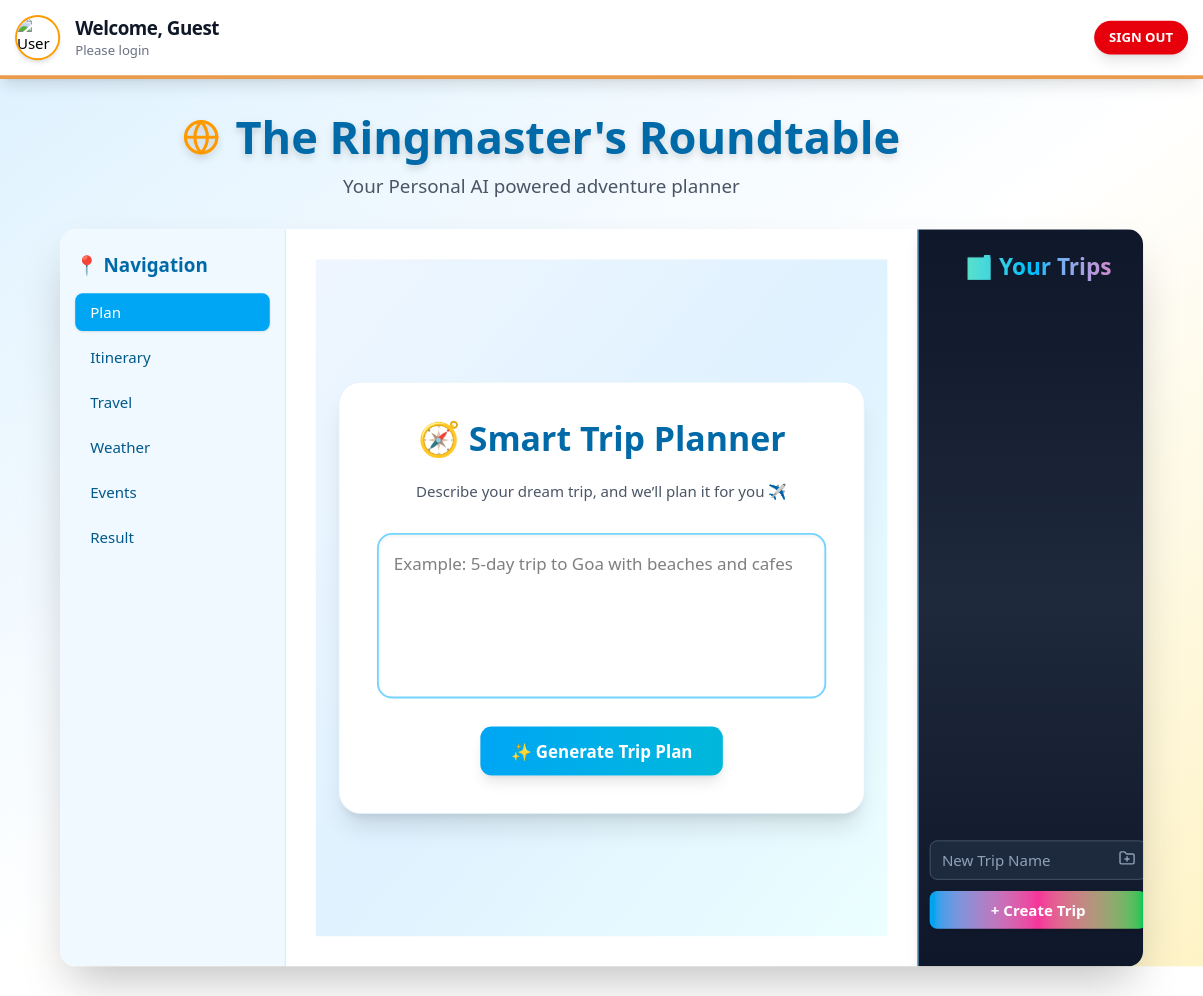
Repository: vega2006/The-Ringmaster-s-Roundtable
Page: /prompt (app in client/)
The author's editor kept a copy of each file at every save. The page is drawn from the files as they stood at one save, then again after the next save.
The browser window is 1280 px wide. The pictures show the whole page, at 94% of full size.
The page's requests for data from a server got no answer. The project was rebuilt for these pictures with package versions that can differ from the ones it lists, and the page was loaded fresh each time. No one was signed in, and anything a server would have sent is missing. Also part of the build but not shown: client/vite.config.js, client/src/components/GoogleLogin.jsx, client/src/components/NotFound.jsx, client/src/components/Sidebar.jsx, client/src/components/PlanInput.jsx, client/src/components/WeatherContent.jsx, client/src/components/TravelContent.jsx, client/src/components/ItineraryContent.jsx and 8 more.

Above is the page before, as saved 2025-10-10 19:21:43.

### client/src/App.jsx


import { GoogleOAuthProvider } from "@react-oauth/google";
import GoogleLogin from "./components/GoogleLogin";
import { BrowserRouter, Route, Routes, Navigate } from 'react-router-dom';
import { useState } from 'react';
import RefreshHandler from './components/RefreshHandler';
import NotFound from './components/NotFound';
import Dashboard from "./pages/Dashboard";
import Home from "./pages/Home";
import AIDashboard from "./pages/AIDashboard";
export default function App() {
  const [isAuthenticated, setIsAuthenticated] = useState(false);

  const GoogleWrapper = () => (
    <GoogleOAuthProvider clientId="1054190178825-cc3eg87b9uvh9hfn384ge5sqe5hq9l5v.apps.googleusercontent.com">
      <GoogleLogin />
    </GoogleOAuthProvider>
  );

  const PrivateRoute = ({ element }) => {
    return isAuthenticated ? element : element;
  };

  return (
    <BrowserRouter>
      <RefreshHandler setIsAuthenticated={setIsAuthenticated} />
      <Routes>
        {/* Public route for the Home page, where users can sign in */}
        <Route path="/" element={<Home isAuthenticated={isAuthenticated} />} />

        {/* This is the login page. Redirect to home after login. */}
        <Route path="/login" element={<GoogleWrapper />} />

        {/* This is the protected dashboard route */}
        <Route path='/dashboard' element={<PrivateRoute element={<Dashboard />} />} />
         <Route path='/prompt' element={<PrivateRoute element={<AIDashboard />} />} />

        {/* Catch-all route for invalid URLs */}
        <Route path="*" element={<NotFound />} />
      </Routes>
    </BrowserRouter>
  );
}

### client/src/components/RefreshHandler.jsx
import React, { useEffect } from 'react';
import { useLocation, useNavigate } from 'react-router-dom';

function RefrshHandler({ setIsAuthenticated }) {
    const location = useLocation();
    const navigate = useNavigate();

    useEffect(() => {
        const data = localStorage.getItem('user-info');
        const token = JSON.parse(data)?.token;
        if (token) {
            setIsAuthenticated(true);
            if (location.pathname === '/' ||
                location.pathname === '/login'
            ) {
                navigate('/dashboard', { replace: false });
            }
        }
    }, [location, navigate, setIsAuthenticated])

    return (
        null
    )
}

export default RefrshHandler

### client/src/pages/AIDashboard.jsx
import { TripProvider } from "../contexts/TripContext";
import AppHeader from "../components/AppHeader";
import PromptBasedSidebar from "../components/PromptBasedSideBar";
import MainContent from "../components/MainContent";
import AIContentRouter from "../components/AIContentRouter";
import React, { useEffect, useState } from 'react'
import { useNavigate } from 'react-router-dom';
import RightSidebar from "../components/TabBar";
const AIDashboard = () => {

  const [userInfo, setUserInfo] = useState(null);
  const navigate = useNavigate();

  useEffect(() => {
    const data = localStorage.getItem('user-info');
    const userData = JSON.parse(data);
    setUserInfo(userData);
  }, [])

  const handleLogout = () => {
    localStorage.removeItem('user-info');
    navigate('/login');
  }


  return (
    <div>
      <div className="sticky top-0 z-10 bg-white shadow-lg p-3 sm:p-4 border-b-4 border-amber-600/70">
        <div className="max-w-7xl mx-auto flex justify-between items-center">

          {/* User Info Display */}
          <div className="flex items-center space-x-4">
            <img
              className="w-12 h-12 rounded-full object-cover shadow-md border-2 border-amber-500"
              src={userInfo?.image}
              alt={userInfo?.name || 'User'}
              onError={(e) => { e.target.onerror = null; e.target.src = "https://placehold.co/40x40/FFC107/333?text=?" }}
            />
            <div className="hidden sm:block">
              <h1 className="text-xl font-bold text-gray-900 tracking-tight">Welcome, {userInfo?.name || 'Guest'}</h1>
              <h3 className="text-sm text-gray-500">{userInfo?.email || 'Please login'}</h3>
            </div>
            <div className="sm:hidden text-lg font-bold text-gray-900">
              {userInfo?.name ? `Hello, ${userInfo.name.split(' ')[0]}!` : 'Hello!'}
            </div>
          </div>

          {/* Logout Button (Stylized and positioned on the right) */}
          <button
            onClick={handleLogout}
            className="px-4 py-2 bg-red-600 text-white font-semibold rounded-full shadow-lg hover:bg-red-700
                                   transition duration-150 transform hover:scale-[1.02] active:scale-95
                                   focus:outline-none focus:ring-4 focus:ring-red-300 uppercase text-sm"
          >
            Sign Out
          </button>
        </div>
      </div>

      <TripProvider>

        <div className="min-h-screen bg-gradient-to-br from-sky-100 via-white to-amber-100 font-inter">
          <AppHeader />
          <div className="max-w-6xl mx-auto grid grid-cols-1 md:grid-cols-[240px_1fr_240px] bg-white shadow-2xl rounded-2xl overflow-hidden mt-4 mb-8">
            <PromptBasedSidebar />  {/* Left Sidebar */}

            <MainContent>
              <AIContentRouter />
            </MainContent>        {/* Main content */}

            <RightSidebar userId={userInfo?.id} /> {/* Right Sidebar */}
          </div>

        </div>
      </TripProvider>

    </div>
  )
}
export default AIDashboard

### client/src/api/api.jsx
import axios from "axios";

const API_BASE = `${import.meta.env.VITE_BACKEND_URL}/api`;


const api = axios.create({
    baseURL: "http://localhost:4000/auth/",
    // withCredentials: true,
});

export const googleAuth = (code) => api.get(`/google?code=${code}`);


export const getWeather = (city, travelDate) =>
  axios.get(`${API_BASE}/weather?city=${encodeURIComponent(city)}&travelDate=${encodeURIComponent(travelDate)}`);
;

export const getRoute = (origin, destination, travelDate) =>
  axios.get(`${API_BASE}/maps?origin=${encodeURIComponent(origin)}&destination=${encodeURIComponent(destination)}&travelDate=${encodeURIComponent(travelDate)}`);


export const getEvents = (destination, startTravelDate, endTravelDate) =>
  axios.get(`${API_BASE}/events`, {
    params: {
      city: destination,
      startDate: startTravelDate,
      endDate: endTravelDate,
    },
  });

export const getTripBudget = async (payload) => {
  // console.log(payload);
  return axios.post(`${API_BASE}/budget`, payload);
};


export const getItinerary = async (destination,startDate, endDate) => {
  return axios.post(`${API_BASE}/itinerary/generate`, {
      destination,
      startDate,
      endDate,
    });
};

### client/src/components/AppHeader.jsx
import React from 'react';
import { Globe } from 'lucide-react';

const AppHeader = () => (
    <div className="w-full max-w-6xl text-center pt-8 pb-4">
        <h1 className="text-4xl sm:text-5xl font-extrabold text-sky-700 drop-shadow-lg leading-tight flex items-center justify-center">
            <Globe className="w-8 h-8 sm:w-10 sm:h-10 mr-4 text-amber-500" />
            The Ringmaster's Roundtable
        </h1>
        <p className="text-center text-lg sm:text-xl text-gray-600 mt-2">Your Personal AI powered adventure planner</p>
    </div>
);

export default AppHeader;

### client/src/components/MainContent.jsx
export default function MainContent({ children }) {
  return (
    <main className="p-8 bg-white overflow-y-auto">
      {children}
    </main>
  );
}

### client/src/components/PlanByPrompt.jsx
import { useState } from "react";
import { useTrip } from "../contexts/TripContext";

// Helper function to get the current date in YYYY-MM-DD format (required for HTML date input min)
const getTodayDate = () => {
  const today = new Date();
  const year = today.getFullYear();
  const month = String(today.getMonth() + 1).padStart(2, '0');
  const day = String(today.getDate()).padStart(2, '0');
  return `${year}-${month}-${day}`;
};
export default function PlanByPrompt() {
  const [prompt, setPrompt] = useState("");
  const [isLoading, setIsLoading] = useState(false);
  const [result, setResult] = useState(null);
 const userData = JSON.parse(localStorage.getItem("user-info"));
  const userId = userData?.userId;
  const {activeTab, setActiveTab,
    manualRoute,origin,
       events,setEvents,
        setOrigin,
        destination,
        setDestination,
        setManualRoute,manualWeather,setManualWeather,AIResult,setAIResult,itinerary,setItinerary,tabId}=useTrip();
  const generate = async () => {
    if (!prompt.trim()) {
      alert("Please describe your trip before generating!");
      return;
    }

    setIsLoading(true);
    try {
        console.log("tabId",tabId);
      const response = await fetch("http://localhost:4000/api/mcp-server", {
        method: "POST",
        headers: { "Content-Type": "application/json" },
        body: JSON.stringify({ prompt , userId,tripId:tabId }),
      });

      const data = await response.json();
      console.log("data",data);
      await setOrigin(data.trip.origin);
      await setDestination(data.trip.destination);
      setManualWeather(data.trip.weather);
      setItinerary(data.trip.itinerary);
    await setManualRoute({
  origin,
  destination,
  routes: data.trip.route// entire object returned from backend
});
      setActiveTab("Result");
      setEvents(data.trip.events);
      setAIResult(data.trip.finalResponse.kwargs.content);
    } catch (err) {
      console.error("Error generating trip plan:", err);
      alert("Failed to generate trip plan. Please try again.");
    } finally {
      setIsLoading(false);
    }
  };

  return (
    <div className="min-h-screen bg-gradient-to-br from-blue-50 via-sky-100 to-cyan-50 flex flex-col items-center justify-center p-6">
      <div className="w-full max-w-3xl bg-white rounded-3xl shadow-xl p-10 border border-sky-100">
        {/* Header */}
        <h1 className="text-4xl font-extrabold text-sky-700 text-center mb-6">
          🧭 Smart Trip Planner
        </h1>
        <p className="text-gray-600 text-center mb-8">
          Describe your dream trip, and we’ll plan it for you ✈️
        </p>

        {/* Prompt Input */}
        <textarea
          placeholder="Example: 5-day trip to Goa with beaches and cafes"
          value={prompt}
          onChange={(e) => setPrompt(e.target.value)}
          rows="5"
          className="w-full p-4 border-2 border-sky-300 rounded-2xl shadow-inner focus:ring-2 focus:ring-sky-500 outline-none text-lg resize-none transition-all duration-200"
        />

        {/* Generate Button */}
        <div className="flex justify-center mt-6">
          <button
            onClick={generate}
            disabled={isLoading}
            className={`px-8 py-3 text-lg font-semibold text-white rounded-xl shadow-lg transition-all duration-300 ${
              isLoading
                ? "bg-sky-400 cursor-not-allowed"
                : "bg-gradient-to-r from-sky-500 to-cyan-500 hover:from-sky-600 hover:to-cyan-600"
            }`}
          >
            {isLoading ? "Planning..." : "✨ Generate Trip Plan"}
          </button>
        </div>


      </div>
    </div>
  );
}

### client/src/components/PromptBasedSideBar.jsx
import { useTrip } from "../contexts/TripContext";
import { TABS } from "../utils/PromptBasedConstants";

export default function PromptBasedSidebar() {
  const { activeTab, setActiveTab, isResultAvailable } = useTrip();

  return (
    <aside className="bg-sky-50 border-r border-sky-200 py-6 px-4">
      <h2 className="text-xl font-semibold mb-4 text-sky-700">📍 Navigation</h2>
      <nav className="flex flex-col space-y-2">
        {TABS.map((tab) => (
          <button
            key={tab}
            disabled={tab !== "Plan" && !isResultAvailable}
            onClick={() => setActiveTab(tab)}
            className={`px-4 py-2 text-left rounded-lg font-medium transition-all ${
              activeTab === tab
                ? "bg-sky-500 text-white shadow"
                : "hover:bg-sky-100 text-sky-800"
            } ${tab !== "Plan" && !isResultAvailable ? "opacity-50 cursor-not-allowed" : ""}`}
          >
            {tab}
          </button>
        ))}
      </nav>
    </aside>
  );
}

### client/src/components/AIContentRouter.jsx
import { useTrip } from "../contexts/TripContext";
import PlanByPrompt from "./PlanByPrompt";
import WeatherContent from "./WeatherContent";
import TravelContent from "./TravelContent";
import PromptBasedItinerary from "./PromptBasedItinerary";
import BudgetContent from "./BudgetContent";
import PromptBasedEvents from "./PromptBasedEvents";
import AIresult from "./AIresult";
export default function AIContentRouter() {
  const { activeTab } = useTrip();

  switch (activeTab) {
    case "Plan": return <PlanByPrompt/>;
    case "Result": return <AIresult/>;
    case "Weather": return <WeatherContent />;
    case "Travel": return <TravelContent />;
    case "Itinerary": return <PromptBasedItinerary/>;
    case "Budget": return <BudgetContent />;
    case "Events": return < PromptBasedEvents/>;
    default: return <PlanInput />;
  }
}

### client/src/utils/constants.jsx
export const API_KEY = "";
export const API_URL = `https://generativelanguage.googleapis.com/v1beta/models/gemini-2.5-flash-preview-05-20:generateContent?key=${API_KEY}`;

export const TABS = ["Plan", "Itinerary", "Budget", "Travel", "Weather", "Events","Result"];

export const RESPONSE_SCHEMA = {
  type: "OBJECT",
  properties: {
    destination: { type: "STRING" },
    duration_days: { type: "NUMBER" },
    summary: { type: "STRING" },
    itinerary: {
      type: "ARRAY",
      items: {
        type: "OBJECT",
        properties: {
          day: { type: "NUMBER" },
          date: { type: "STRING" },
          activities: { type: "ARRAY", items: { type: "STRING" } },
        },
      },
    },
  },
};

### client/src/utils/PromptBasedConstants.jsx
export const API_KEY = "";
export const API_URL = `https://generativelanguage.googleapis.com/v1beta/models/gemini-2.5-flash-preview-05-20:generateContent?key=${API_KEY}`;

export const TABS = ["Plan", "Itinerary","Travel", "Weather", "Events","Result"];

export const RESPONSE_SCHEMA = {
  type: "OBJECT",
  properties: {
    destination: { type: "STRING" },
    duration_days: { type: "NUMBER" },
    summary: { type: "STRING" },
    itinerary: {
      type: "ARRAY",
      items: {
        type: "OBJECT",
        properties: {
          day: { type: "NUMBER" },
          date: { type: "STRING" },
          activities: { type: "ARRAY", items: { type: "STRING" } },
        },
      },
    },
  },
};

Loaded but not shown: client/index.html (common file); client/src/main.jsx (common file); client/src/index.css (common file); client/src/components/TabBar.jsx (186 lines, source omitted); client/src/contexts/TripContext.jsx (197 lines, source omitted)

After the next save:
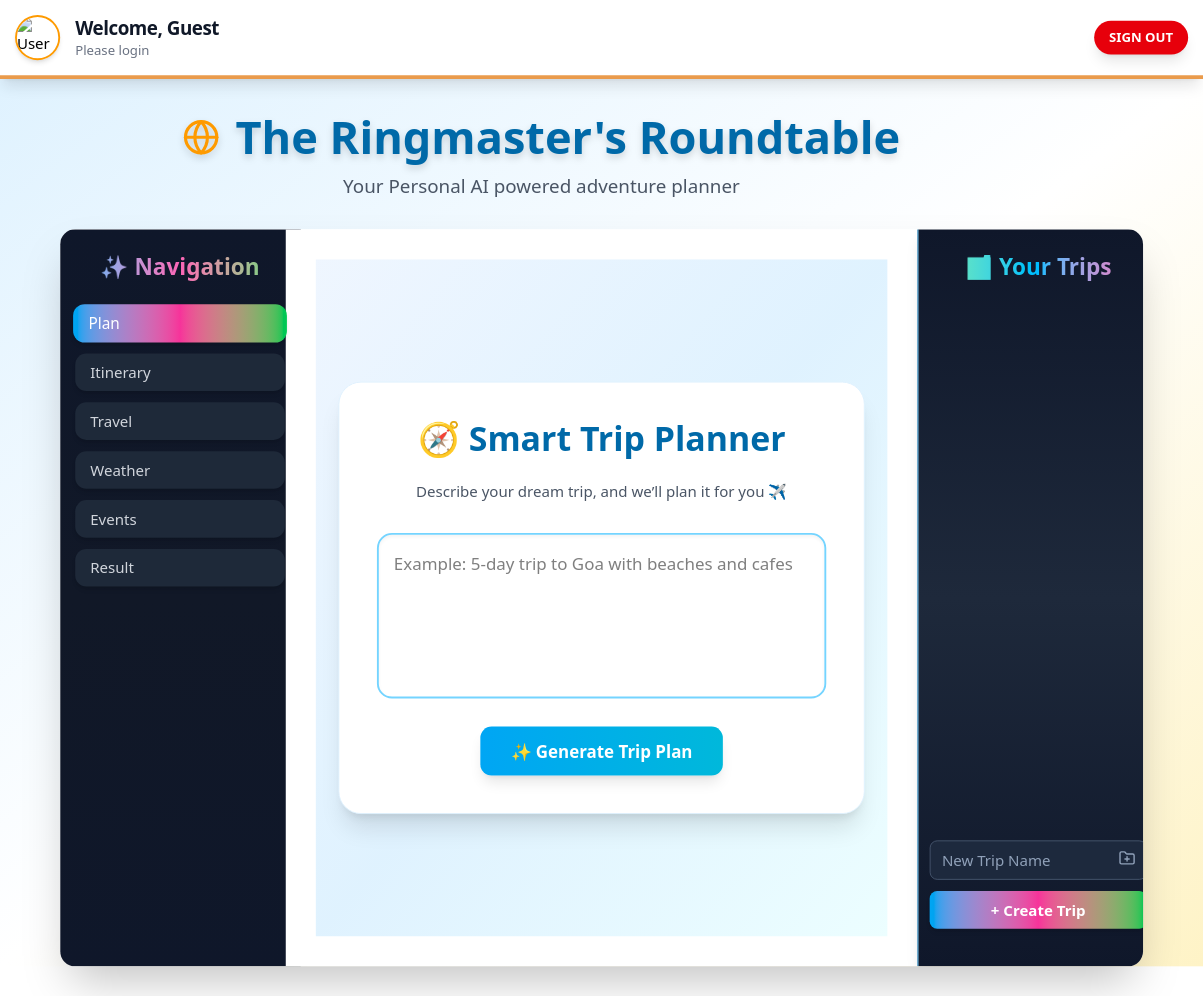
Saved 2 min 41 s later.
--- a/client/src/components/PromptBasedSideBar.jsx
+++ b/client/src/components/PromptBasedSideBar.jsx
@@ -5,23 +5,34 @@ export default function PromptBasedSidebar() {
   const { activeTab, setActiveTab, isResultAvailable } = useTrip();
 
   return (
-    <aside className="bg-sky-50 border-r border-sky-200 py-6 px-4">
-      <h2 className="text-xl font-semibold mb-4 text-sky-700">📍 Navigation</h2>
-      <nav className="flex flex-col space-y-2">
-        {TABS.map((tab) => (
-          <button
-            key={tab}
-            disabled={tab !== "Plan" && !isResultAvailable}
-            onClick={() => setActiveTab(tab)}
-            className={`px-4 py-2 text-left rounded-lg font-medium transition-all ${
-              activeTab === tab
-                ? "bg-sky-500 text-white shadow"
-                : "hover:bg-sky-100 text-sky-800"
-            } ${tab !== "Plan" && !isResultAvailable ? "opacity-50 cursor-not-allowed" : ""}`}
-          >
-            {tab}
-          </button>
-        ))}
+    <aside className="bg-gradient-to-b from-[#0f172a] via-[#111827] to-[#0f172a] border-r border-gray-800 py-6 px-4 w-64 flex flex-col shadow-xl overflow-y-auto scrollbar-thin scrollbar-thumb-sky-600 scrollbar-track-sky-900">
+      <h2 className="text-2xl font-semibold mb-6 text-center text-transparent bg-clip-text bg-gradient-to-r from-sky-400 via-pink-400 to-green-400">
+        ✨ Navigation
+      </h2>
+
+      <nav className="flex flex-col space-y-3">
+        {TABS.map((tab) => {
+          const isDisabled = tab !== "Plan" && !isResultAvailable;
+          const isActive = activeTab === tab;
+
+          return (
+            <button
+              key={tab}
+              disabled={isDisabled}
+              onClick={() => !isDisabled && setActiveTab(tab)}
+              className={`px-4 py-2 rounded-xl font-medium text-left transition-all duration-300 shadow-md
+                ${
+                  isActive
+                    ? "bg-gradient-to-r from-sky-500 via-pink-500 to-green-500 text-white shadow-lg scale-[1.02]"
+                    : "bg-gray-800 text-gray-300 hover:bg-gradient-to-r hover:from-sky-900 hover:via-pink-900 hover:to-green-900 hover:text-white"
+                }
+                ${isDisabled ? "opacity-50 cursor-not-allowed" : ""}
+              `}
+            >
+              {tab}
+            </button>
+          );
+        })}
       </nav>
     </aside>
   );
